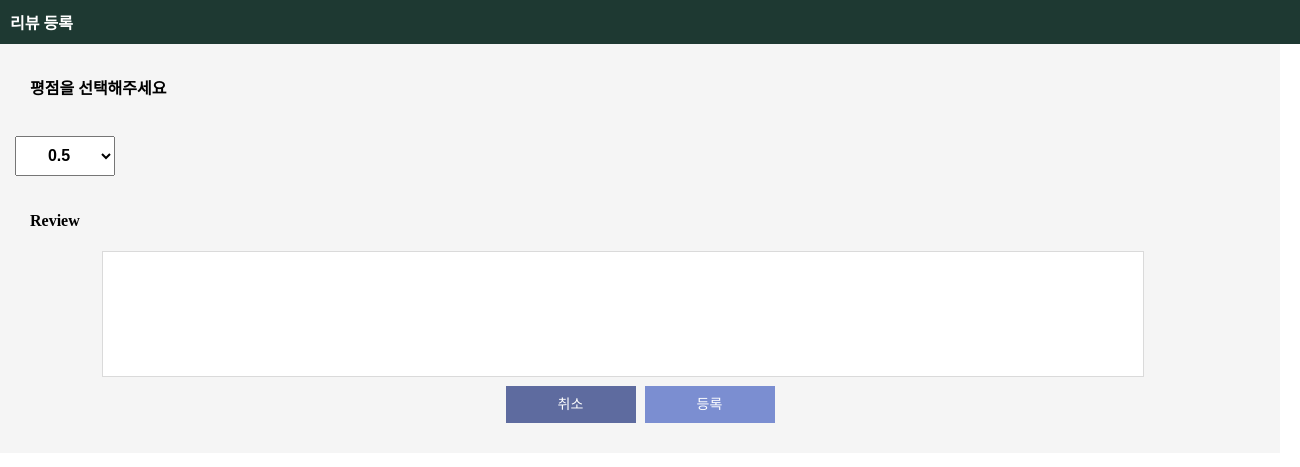
Repository: KimYoungHwans/Yproject
Page: http://localhost/Yproject/WEB-INF/views/replyEnroll.jsp
An editor plug-in stored every save of this project. The page is shown before and after the next save, followed by the edit.
The browser window is 1280 px wide. The page is 1300 px wide, so the pictures cover 1300 px, including what lies to the right of the window. The pictures show the whole page.
The page is served by Tomcat 9. Nobody is signed in. Other server files are loaded and not shown. The template is opened directly, without the code that normally fills it, so the values that code supplies are empty.

Above is the page before, as saved 2023-01-18 07:16:19.

### workspace/Yproject/src/main/webapp/WEB-INF/views/replyEnroll.jsp
<%@ page language="java" contentType="text/html; charset=UTF-8"
    pageEncoding="UTF-8"%>
<!DOCTYPE html>
<html>
<head>
<meta charset="UTF-8">
<title>Insert title here</title>

<script
  src="https://code.jquery.com/jquery-3.4.1.js"
  integrity="sha256-WpOohJOqMqqyKL9FccASB9O0KwACQJpFTUBLTYOVvVU="
  crossorigin="anonymous"></script>

   <style type="text/css">
  	/* 창 여분 없애기 */
  	body{
  		margin : 0;
  	}
  	/* 전체 배경화면 색상 */
  	.wrapper_div{
		background-color: #f5f5f5;
	    height: 100%;
  	}
 	/* 팝업창 제목 */
  	.subject_div{
	    width: 100%;
	    background-color: #1E3932;
	    color: white;
	    padding: 10px;
	    font-weight: bold;
  	}

  	/* 컨텐츠, 버튼 영역 padding */
  	.input_wrap{
  		padding: 30px;
  	}
  	.btn_wrap{
  		padding: 5px 30px 30px 30px;
  		text-align: center;
  	}

  	/* 버튼 영역 */
  	.cancle_btn{
  		margin-right:5px;
  	    display: inline-block;
	    width: 130px;
	    background-color: #5e6b9f;
	    padding-top: 10px;
	    height: 27px;
	    color: #fff;
	    font-size: 14px;
	    line-height: 18px;
  	}
  	.enroll_btn{
   	    display: inline-block;
	    width: 130px;
	    background-color: #7b8ed1;
	    padding-top: 10px;
	    height: 27px;
	    color: #fff;
	    font-size: 14px;
	    line-height: 18px;
  	}

	/* 상품제목 영역 */
	.productName_div h2{
		margin : 0;
	}
  	/* 평점 영역 */
  	.rating_div{
  		padding-top: 10px;
  	}
  	.rating_div h4{
  		margin-left: 30px;
  	}
  	select{
  	margin: 15px;
    width: 100px;
    height: 40px;
    text-align: center;
    font-size: 16px;
    font-weight: 600;
  	}
  	/* 리뷰 작성 영역 */
  	.content_div{

  	}
  	.content_div h4{
  		margin-left : 30px;
  	}
  	textarea{
		width: 80%;
	    height: 100px;
	    border: 1px solid #dadada;
	    padding: 12px 8px 12px 8px;
	    font-size: 15px;
	    color: #a9a9a9;
	    resize: none;
	  margin-left: 8%;

  	}

  </style>
</head>
<body>

	<div class="wrapper_div">
		<div class="subject_div">
			리뷰 등록
		</div>

		<div class="rating_div">
			<h4> 평점을 선택해주세요 </h4>
				<select name="rating">
					<option value="0.5">0.5</option>
					<option value="1.0">1.0</option>
					<option value="1.5">1.5</option>
					<option value="2.0">2.0</option>
					<option value="2.5">2.5</option>
					<option value="3.0">3.0</option>
					<option value="3.5">3.5</option>
					<option value="4.0">4.0</option>
					<option value="4.5">4.5</option>
					<option value="5.0">5.0</option>
				</select>
		</div>
		<div class="content_div">
			<h4>Review</h4>
			<textarea name="content"></textarea>
		</div>

		<div class="btn_wrap">
			<a class="cancle_btn">취소</a>
			<a class="enroll_btn">등록</a>
		</div>

	</div>


	<script>

	//취소 버튼
	$(".cancle_btn").on("click", function(e){

		window.close();
	});


	//등록 버튼
	$(".enroll_btn").on("click",function(e){

		const productId = '${productIntro.productId}';
		const memberId = '${memberId}';
		const rating = $("select").val();
		const content = $("textarea").val();

		const data = {
				productId : productId,
				memberId : memberId,
				rating : rating,
				content : content
		}

		$.ajax({
			data : data,
			type : 'POST',
			url : '/reply/enroll',
			success : function(result){

				//댓글 초기화 후 팝업 창 닫아주기
				$(opener.location).attr("href", "javascript:replyListInit();");
				window.close();

			}

		});
	});

	</script>

</body>
</html>

After the next save:
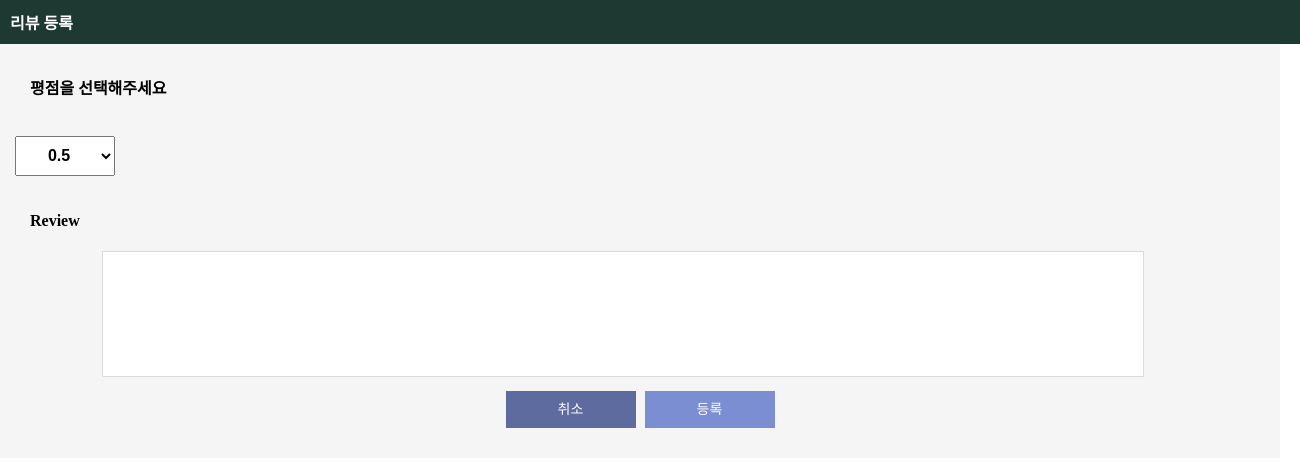
Saved 23 s later.
--- a/workspace/Yproject/src/main/webapp/WEB-INF/views/replyEnroll.jsp
+++ b/workspace/Yproject/src/main/webapp/WEB-INF/views/replyEnroll.jsp
@@ -41,6 +41,7 @@
 
   	/* 버튼 영역 */
   	.cancle_btn{
+  		margin-top:5px;
   		margin-right:5px;
   	    display: inline-block;
 	    width: 130px;
